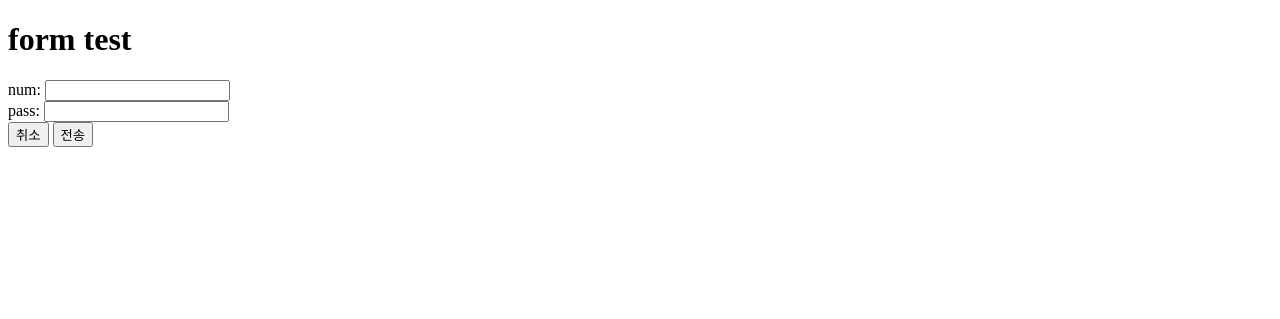
Repository: hyungju2/SSAFY_JavaPractice
Page: 20190211_HTML/web_java/HTMLProject/WebContent/html/InputTag.html
The author's editor kept a copy of each file at every save. The page is drawn from the files as they stood at one save, then again after the next save.
The browser window is 1280 px wide. The pictures show the whole page.

Above is the page before, as saved 2019-02-11 05:44:08.

After the next save:
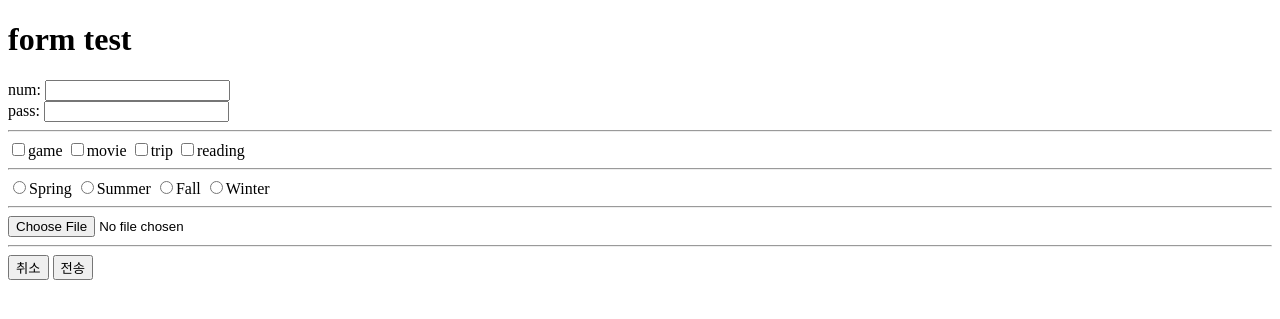
Saved 7 min 8 s later.
--- a/20190211_HTML/web_java/HTMLProject/WebContent/html/InputTag.html
+++ b/20190211_HTML/web_java/HTMLProject/WebContent/html/InputTag.html
@@ -10,6 +10,21 @@
 <form method="post" action="welecome.jsp"> <!-- post타입은 보이지 않고, get타입은 보임. -->
 	num: <input type="text" name="num"><br>
 	pass: <input type="password" name="pass"><br>
+
+	<hr>
+	<input type="checkbox" name="hobby">game
+	<input type="checkbox" name="hobby">movie
+	<input type="checkbox" name="hobby">trip
+	<input type="checkbox" name="hobby">reading
+	<hr>
+	<input type="radio" name="season">Spring
+	<input type="radio" name="season">Summer
+	<input type="radio" name="season">Fall
+	<input type="radio" name="season">Winter
+	<hr>
+	<input type="file">
+	<hr>
+	<input type="hidden" name="hiddenValue" value="12345">
 	<input type="reset" value="취소">
 	<input type="submit" value="전송">
 
